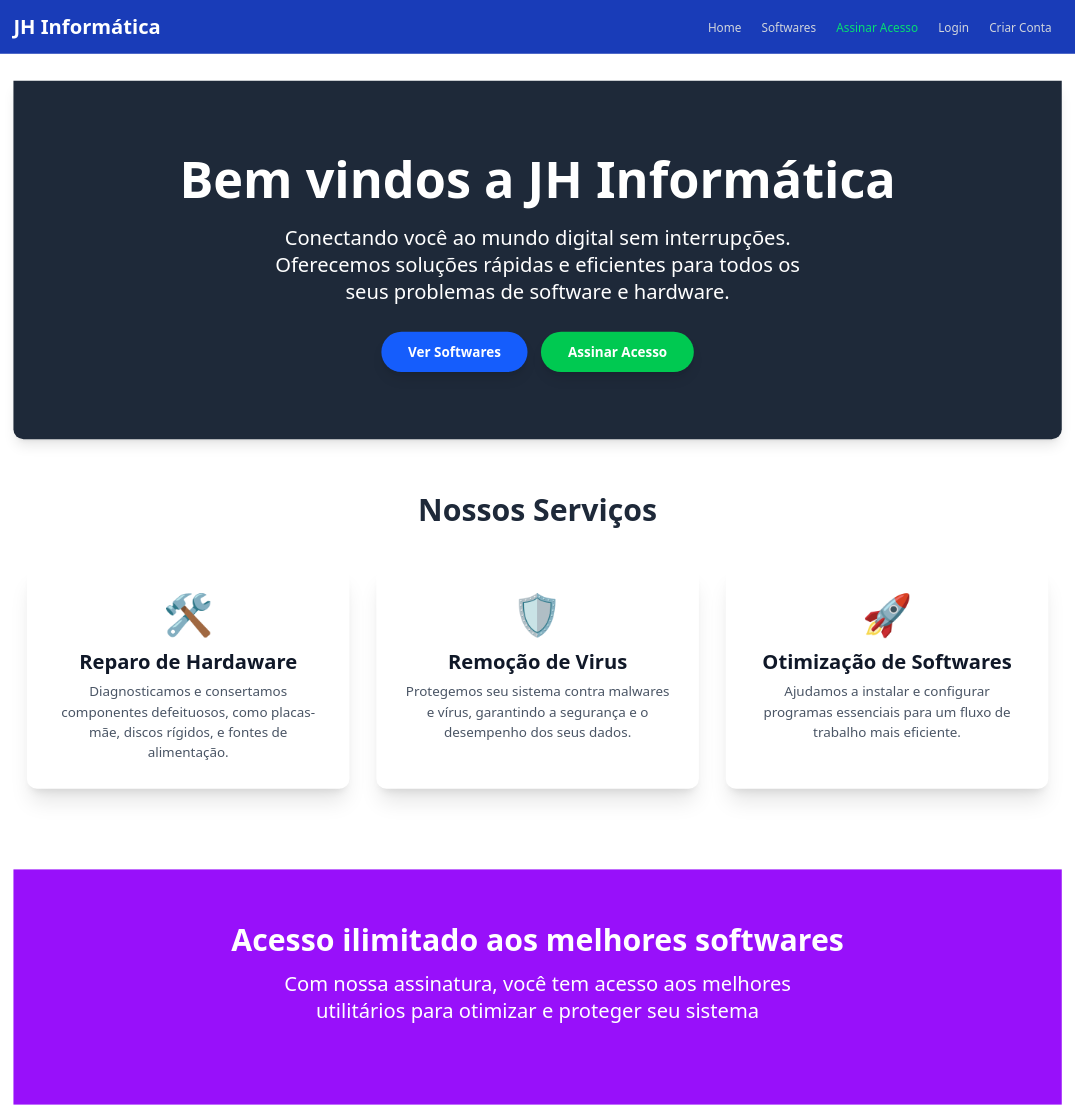
Repository: estevam02009/jh-info
Page: / (app in frontend/)
These files come from the project's save history. The page is drawn as it stood at one moment and after the next save; the edit follows.
The browser window is 1280 px wide. The pictures show the whole page, at 84% of full size.
The project was rebuilt for these pictures with package versions that can differ from the ones it lists, and the page was loaded fresh each time. Also part of the build but not shown: frontend/src/pages/Login.jsx, frontend/src/pages/Register.jsx, frontend/src/pages/Dashboard.jsx, frontend/src/components/ProtectedRoute.jsx, frontend/src/pages/SoftwareList.jsx, frontend/src/pages/SoftwareDetails.jsx, frontend/src/pages/SoftwareManagement.jsx, frontend/src/pages/PaymentPage.jsx and 1 more.

Above is the page before, as saved 2025-07-13 11:52:06.

### frontend/index.html
<!doctype html>
<html lang="en">
  <head>
    <meta charset="UTF-8" />
    <link rel="icon" type="image/svg+xml" href="/vite.svg" />
    <meta name="viewport" content="width=device-width, initial-scale=1.0" />
    <title>JH Informática</title>
  </head>
  <body>
    <div id="root"></div>
    <script type="module" src="/src/main.jsx"></script>
  </body>
</html>

### frontend/src/main.jsx
// src/main.jsx
import React from 'react';
import ReactDOM from 'react-dom/client';
import App from './App.jsx';
import './index.css'; // Para estilos globais
import { BrowserRouter } from 'react-router-dom';
import { AuthProvider } from './context/AuthContext.jsx'; // Contexto de Autenticação

ReactDOM.createRoot(document.getElementById('root')).render(
    <React.StrictMode>
        <BrowserRouter>
            <AuthProvider> {/* O AuthProvider envolve toda a aplicação */}
                <App />
            </AuthProvider>
        </BrowserRouter>
    </React.StrictMode>,
);

### frontend/src/App.jsx
import React from "react";
import {Link, Routes, Route} from "react-router-dom";
import Login from "./pages/Login.jsx";
import Register from "./pages/Register.jsx";
import Home from "./pages/Home.jsx";
import Dashboard from "./pages/Dashboard.jsx";
import ProtectedRoute from "./components/ProtectedRoute";
import SoftwareList from "./pages/SoftwareList";
import SoftwareDetails from "./pages/SoftwareDetails";
import SoftwareManagement from "./pages/SoftwareManagement";
import PaymentPage from "./pages/PaymentPage";
import MySoftwares from "./pages/MySoftwares.jsx";
import { useAuth } from "./context/AuthContext";


const App = () => {

    const { user, logout } = useAuth(); // Obtém o estado do usuário e a função de logout

    return (
        <>
            <nav className="bg-blue-800 p-4">
                <div className="container mx-auto flex justify-between items-center">
                    <Link to="/" className="text-white text-2xl font-bold">JH Informática</Link>
                    <div>
                        <Link to="/" className="text-gray-300 hover:bg-white hover:text-blue-500 px-3 py-2 rounded-md text-sm font-medium">Home</Link>
                        <Link to="/softwares" className="text-gray-300 hover:bg-white hover:text-blue-500 px-3 py-2 rounded-md text-sm font-medium">Softwares</Link>

                        {/* Link para a página de Pagamento/Assinatura */}
                        {!user?.hasPaidAccess && (
                            <Link to="/subscribe" className="text-green-400 hover:bg-gray-700 hover:text-green-200 px-3 py-2 rounded-md text-sm font-medium">Assinar Acesso</Link>
                        )}

                    {/*    Links visiveis apenas se o usuário estiver logado    */}
                        {user ? (
                            <>
                                <Link to="/dashboard" className="text-gray-300 hover:bg-white hover:text-blue-500 px-3 py-2 rounded-md text-sm font-medium">Dashboard</Link>
                                {user.hasPaidAccess && ( // Mostrar "Meus Softwares" apenas se tiver pago
                                    <Link to="/my-softwares" className="text-gray-300 hover:bg-white hover:text-blue-500 px-3 py-2 rounded-md text-sm font-medium">Meus Softwares</Link>
                                )}
                            {/* Link para gerenciamento de softwares - visivel apenas para admins logados */}
                                {user.role === "admin" && (
                                    <Link to="/admin/softwares" className="text-gray-300 hover:bg-white hover:text-blue-500 px-3 py-2 rounded-md text-sm font-medium">Gerenciar Softwares</Link>
                                )}
                                <button
                                    onClick={logout}
                                    className="bg-red-600 hover:bg-red-800 px-3 py-2 rounded-md text-sm text-white font-medium ml-4"
                                >Sair</button>
                            </>
                        ) : (

                            <>
                                {/* Links visivéis apenas se o usuário não estiver logado */}
                                <Link to="/login" className="text-gray-300 hover:bg-white hover:text-blue-500 px-3 py-2 rounded-md text-sm font-medium">Login</Link>
                                <Link to="/register" className="text-gray-300 hover:bg-white hover:text-blue-500 px-3 py-2 rounded-md text-sm font-medium">Criar Conta</Link>
                            </>
                        )}
                    </div>
                </div>
            </nav>

            {/* Conteúdo principal*/}
            <div className="container mx-auto p-4 mt-4">
                <Routes>
                    <Route path="/" element={<Home />} />
                    <Route path="/login" element={<Login />} />
                    <Route path="/register" element={<Register />} />

                    <Route path="/softwares" element={<SoftwareList />} /> {/* <-- Nova Rota */}
                    <Route path="/softwares/:id" element={<SoftwareDetails />} />

                    {/* Rota para a página de assinatura. É acessível se o usuário estiver logado ou não, mas a lógica de pagamento exige login */}
                    <Route path="/subscribe" element={<PaymentPage />} />

                {/* Rotas protegidas */}
                    <Route element={<ProtectedRoute />}>
                        <Route path="/dashboard" element={<Dashboard />}></Route>
                        <Route path="/my-softwares" element={<MySoftwares />} />
                    </Route>

                    <Route element={<ProtectedRoute allowedRoles={['admin']} />}>
                        <Route path="/admin/softwares" element={<SoftwareManagement />} />
                    </Route>

                    <Route path="*" element={<h2 className="text-4xl font-bold text-red-500">404 - Página não encontrada</h2>}></Route>
                </Routes>
            </div>
        </>
    )
}

export default App;

### frontend/src/context/AuthContext.jsx
// src/context/AuthContext.jsx
import React, { createContext, useState, useEffect, useContext } from 'react';
import axios from 'axios';

const AuthContext = createContext();

export const AuthProvider = ({ children }) => {
    // O estado 'user' agora conterá o campo 'hasPaidAccess'
    const [user, setUser] = useState(null);
    const [token, setToken] = useState(null);
    const [loading, setLoading] = useState(true); // Para saber se o token está sendo verificado

    // Base da URL da sua API
    const API_URL = 'http://localhost:5000/api'; // Certifique-se que a porta está correta

    // Carrega o token e usuário do localStorage ao iniciar
    useEffect(() => {
        const storedToken = localStorage.getItem('token');
        const storedUser = localStorage.getItem('user');

        if (storedToken && storedUser) {
            setToken(storedToken);

            if (storedToken && storedUser) {
                setToken(storedToken);
                // Garante que o usuário no estado inclui 'hasPaidAccess'
                try {
                    const userData = JSON.parse(storedUser);
                    setUser(userData);
                } catch (error) {
                    console.error('Erro ao fazer parse do usuário do localStorage:', error);
                    localStorage.removeItem('token');
                    localStorage.removeItem('user');
                }
            }

            // Configura o token no cabeçalho padrão do Axios para todas as requisições
            axios.defaults.headers.common['Authorization'] = `Bearer ${storedToken}`;
        }
        setLoading(false);
    }, []);

    const login = async (email, password) => {
        try {
            const response = await axios.post(`${API_URL}/auth/login`, { email, password });
            const { token, hasPaidAccess, ...userData } = response.data; // Capture 'hasPaidAccess'

            setToken(token);
            // Certifique-se de que o objeto user no estado inclui hasPaidAccess
            setUser({ ...userData, hasPaidAccess: hasPaidAccess });

            localStorage.setItem('token', token);
            // Armazene o objeto de usuário completo no localStorage, incluindo 'hasPaidAccess'
            localStorage.setItem('user', JSON.stringify({ ...userData, hasPaidAccess: hasPaidAccess }));

            axios.defaults.headers.common['Authorization'] = `Bearer ${token}`; // Atualiza o header
            return response.data;
        } catch (error) {
            console.error('Erro de login:', error.response?.data || error.message);
            throw error.response?.data || { message: 'Erro ao fazer login' };
        }
    };

    // Função para atualizar o estado do usuário (útil após o pagamento)
    const updateUserAccessStatus = (updatedUser) => {
        setUser(updatedUser);
        localStorage.setItem('user', JSON.stringify(updatedUser));
    }

    const register = async (name, email, password, role = 'user') => {
        try {
            const response = await axios.post(`${API_URL}/auth/register`, { name, email, password, role });
            // Geralmente, após o registro, você pode logar o usuário automaticamente ou redirecioná-lo para a tela de login
            return response.data;
        } catch (error) {
            console.error('Erro de registro:', error.response?.data || error.message);
            throw error.response?.data || { message: 'Erro ao registrar' };
        }
    };

    const logout = () => {
        setToken(null);
        setUser(null);
        localStorage.removeItem('token');
        localStorage.removeItem('user');
        delete axios.defaults.headers.common['Authorization']; // Remove o header do Axios
    };

    return (
        <AuthContext.Provider value={{ user, token, loading, login, register, logout, updateUserAccessStatus }}>
            {children}
        </AuthContext.Provider>
    );
};

export const useAuth = () => useContext(AuthContext);

### frontend/src/pages/Home.jsx
import React from 'react';
import { Link } from 'react-router-dom';

const Home = () => {
    return (
        <div className="flex flex-col items-center">

            {/* Seção Principal (Hero) */}
            <div className='bg-gray-800 text-white w-full py-20 px-4 text-center rounded-b-xl shadow-lg'>
                <h1 className='text-5xl md:text-6xl font-extrabold leading-tight mb-4'>
                    Bem vindos a JH Informática
                </h1>
                <p className='text-xl md:text-2xl font-light max-w-2xl mx-auto mb-8'>
                    Conectando você ao mundo digital sem interrupções. Oferecemos soluções rápidas e eficientes para todos os seus problemas de software e hardware.
                </p>
                <div className="flex justify-center space-x-4">
                    <Link
                        to="/softwares"
                        className="bg-blue-600 hover:bg-blue-700 text-white font-bold py-3 px-8 rounded-full shadow-lg transition duration-300"
                    >
                        Ver Softwares
                    </Link>
                    <Link
                        to="/subscribe"
                        className="bg-green-500 hover:bg-green-700 text-white font-bold py-3 px-8 rounded-full shadow-lg transition duration-300"
                    >
                        Assinar Acesso
                    </Link>
                </div>
            </div>

            {/* Seção nossos serviços */}
            <div className="container mx-auto py-16 px-4">
                <h2 className="text-4xl font-bold text-center text-gray-800 mb-12">Nossos Serviços</h2>
                <div className='grid grid-cols-1 md:grid-cols-2 lg:grid-cols-3 gap-8'>

                    {/* Card de Serviços */}
                    <div className='bg-white rounded-xl shadow-xl p-8 text-center transition-transform transform hover:scale-106 duration-300'>
                        <div className='text-5xl text-blue-600 mb-4'>🛠️</div>
                        <h3 className='text-2xl font-semibold text-gray-900 mb-2'>Reparo de Hardaware</h3>
                        <p className='text-gray-600'>
                            Diagnosticamos e consertamos componentes defeituosos, como placas-mãe, discos rígidos, e fontes de alimentação.
                        </p>
                    </div>

                    {/* Card de Serviços 2 */}
                    <div className='bg-white rounded-xl shadow-xl p-8 text-center transition-transform transform hover:scale-106 duration-300'>
                        <div className='text-5xl text-blue-600 mb-4'>🛡️</div>
                        <h3 className='text-2xl font-semibold text-gray-900 mb-2'>Remoção de Virus</h3>
                        <p className='text-gray-600'>
                            Protegemos seu sistema contra malwares e vírus, garantindo a segurança e o desempenho dos seus dados.
                        </p>
                    </div>

                    {/* Card de Serviços 2 */}
                    <div className='bg-white rounded-xl shadow-xl p-8 text-center transition-transform transform hover:scale-106 duration-300'>
                        <div className='text-5xl text-blue-600 mb-4'>🚀</div>
                        <h3 className='text-2xl font-semibold text-gray-900 mb-2'>Otimização de Softwares</h3>
                        <p className='text-gray-600'>
                            Ajudamos a instalar e configurar programas essenciais para um fluxo de trabalho mais eficiente.
                        </p>
                    </div>
                </div>
            </div>

            {/* Seção de chamada para a ação */}
            <div className='w-full bg-purple-600 text-white py-16 px-4 text-center mt-8'>
                <h2 className='text-3xl md:text-4xl font-bold mb-4'>Acesso ilimitado aos melhores softwares</h2>
                <p className='text-xl md:text-2xl font-light max-w-2xl mx-auto mb-8'>
                    Com nossa assinatura, você tem acesso aos melhores utilitários para otimizar e proteger seu sistema
                </p>
            </div>
        </div>
    )
}

export default Home;

Loaded but not shown: frontend/src/index.css (common file)

After the next save:
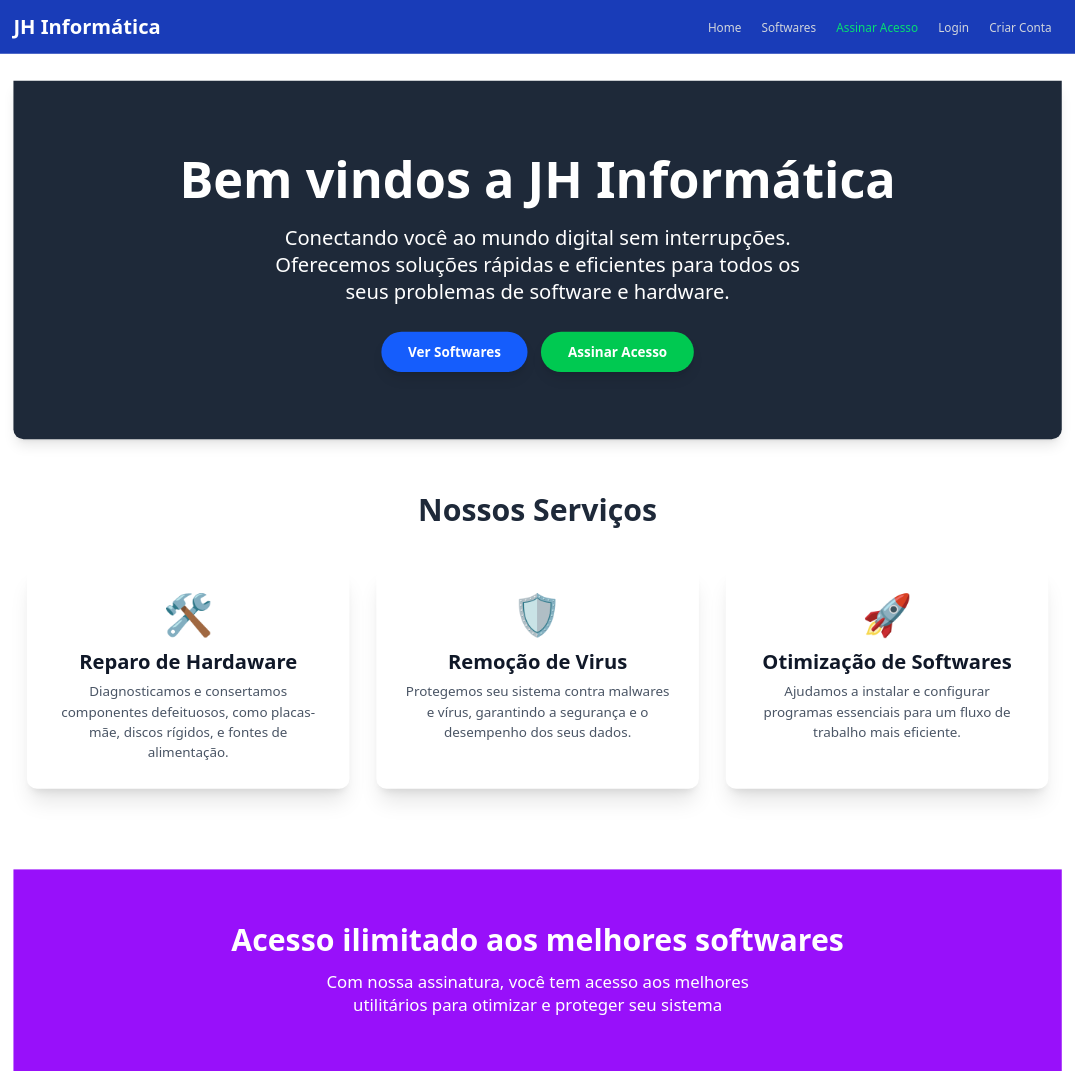
Saved 40 s later.
--- a/frontend/src/pages/Home.jsx
+++ b/frontend/src/pages/Home.jsx
@@ -66,7 +66,7 @@ const Home = () => {
             {/* Seção de chamada para a ação */}
             <div className='w-full bg-purple-600 text-white py-16 px-4 text-center mt-8'>
                 <h2 className='text-3xl md:text-4xl font-bold mb-4'>Acesso ilimitado aos melhores softwares</h2>
-                <p className='text-xl md:text-2xl font-light max-w-2xl mx-auto mb-8'>
+                <p className='text-lg md:text-xl font-light max-w-xl mx-auto'>
                     Com nossa assinatura, você tem acesso aos melhores utilitários para otimizar e proteger seu sistema
                 </p>
             </div>
